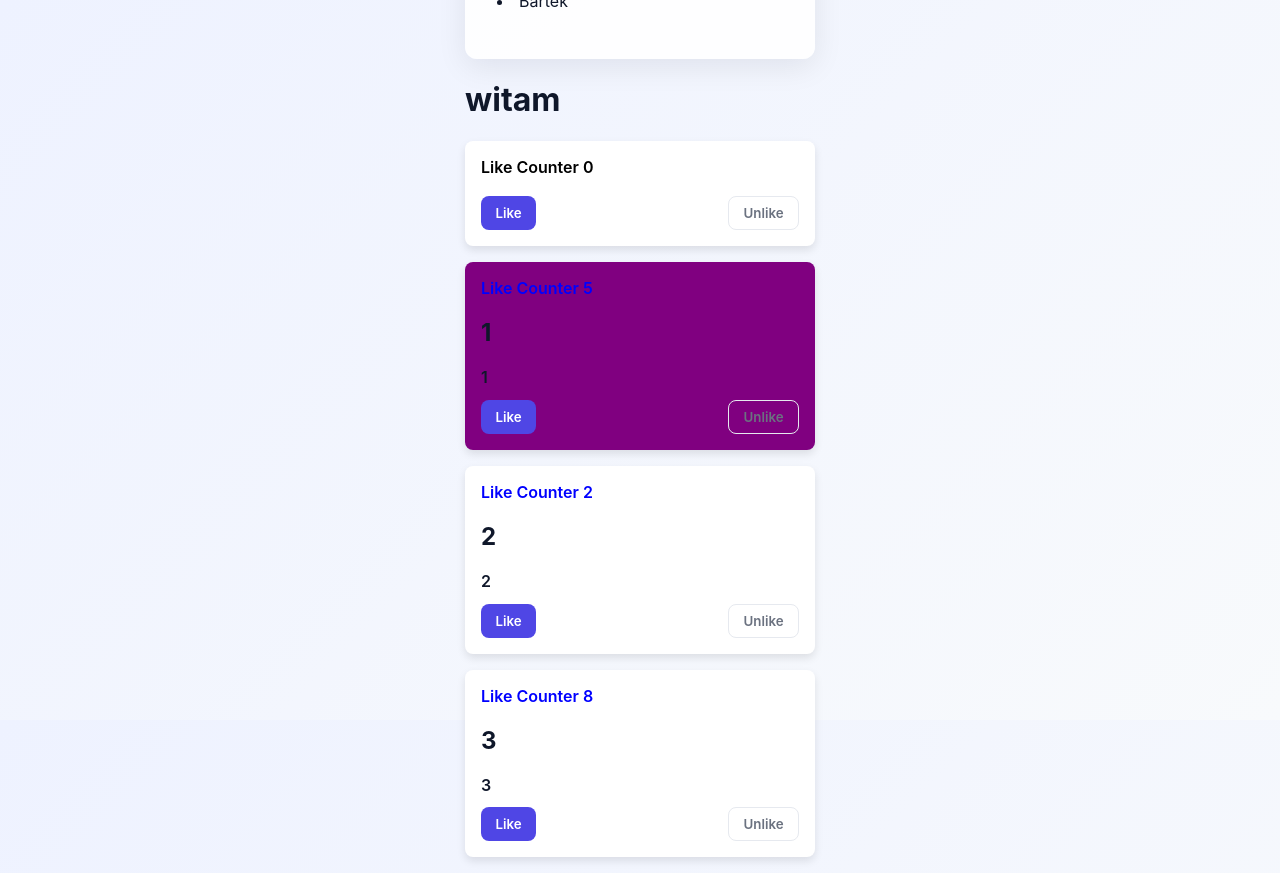
Repository: KrystianTrzy/reactapt
Page: /
These files come from the project's save history. The page is drawn as it stood at one moment and after a run of saves; the edit follows.
The browser window is 1280 px wide. The pictures show the whole page.
The project was rebuilt for these pictures with package versions that can differ from the ones it lists, and the page was loaded fresh each time.

Above is the page before, as saved 2025-11-22 09:42:47.

After the next 2 saves:
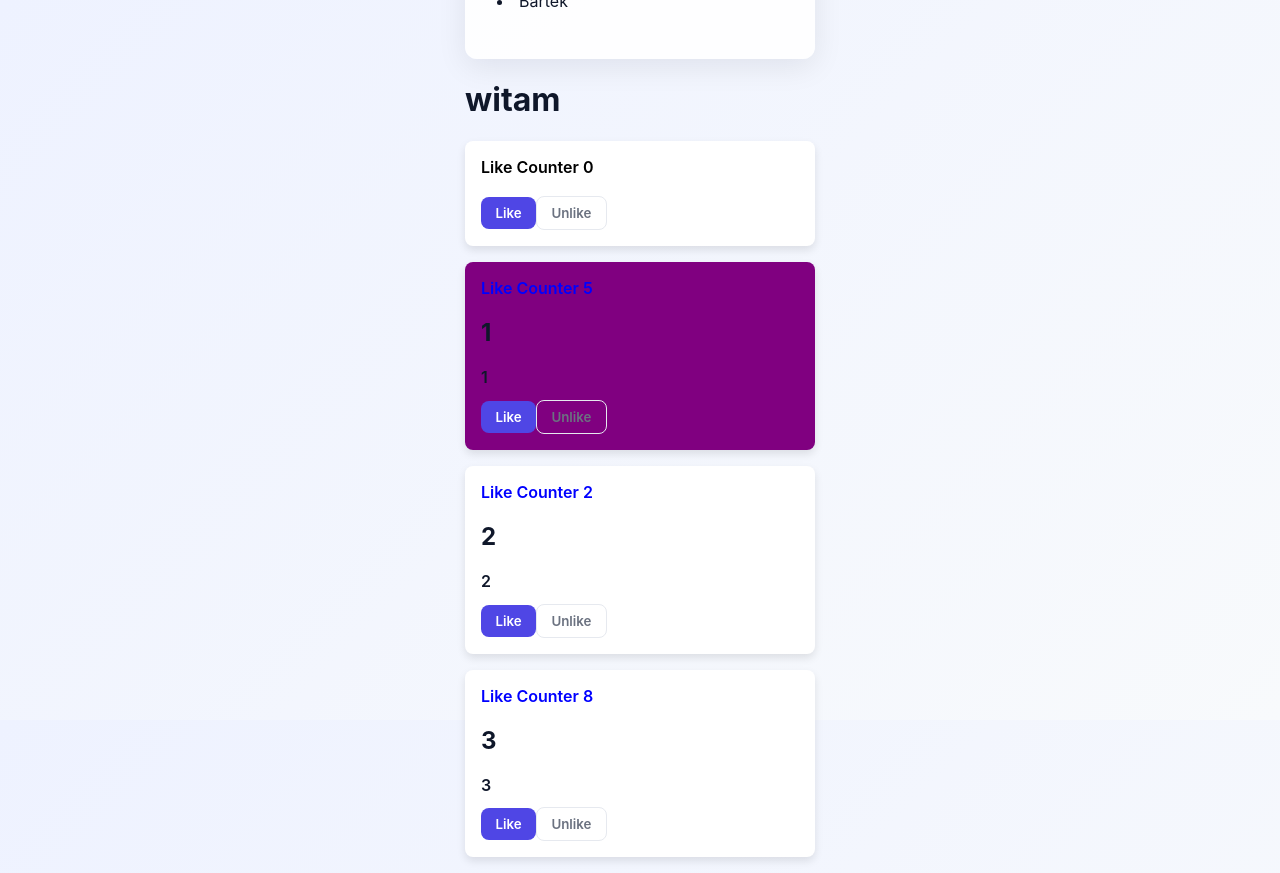
The 2 saves are shown as one change because they came seconds apart.
The last was saved 12 s later.
--- a/src/components/App/LikeCounter/LikeCounter.css
+++ b/src/components/App/LikeCounter/LikeCounter.css
@@ -6,9 +6,10 @@
     background: var(--card);
     margin: 1rem auto;
     color: #0f172a;
+
 }
 
-
+ jak zrobić jedno po drugim
 .actions {
     display: flex;
     flex-direction: row;

After the save that followed:
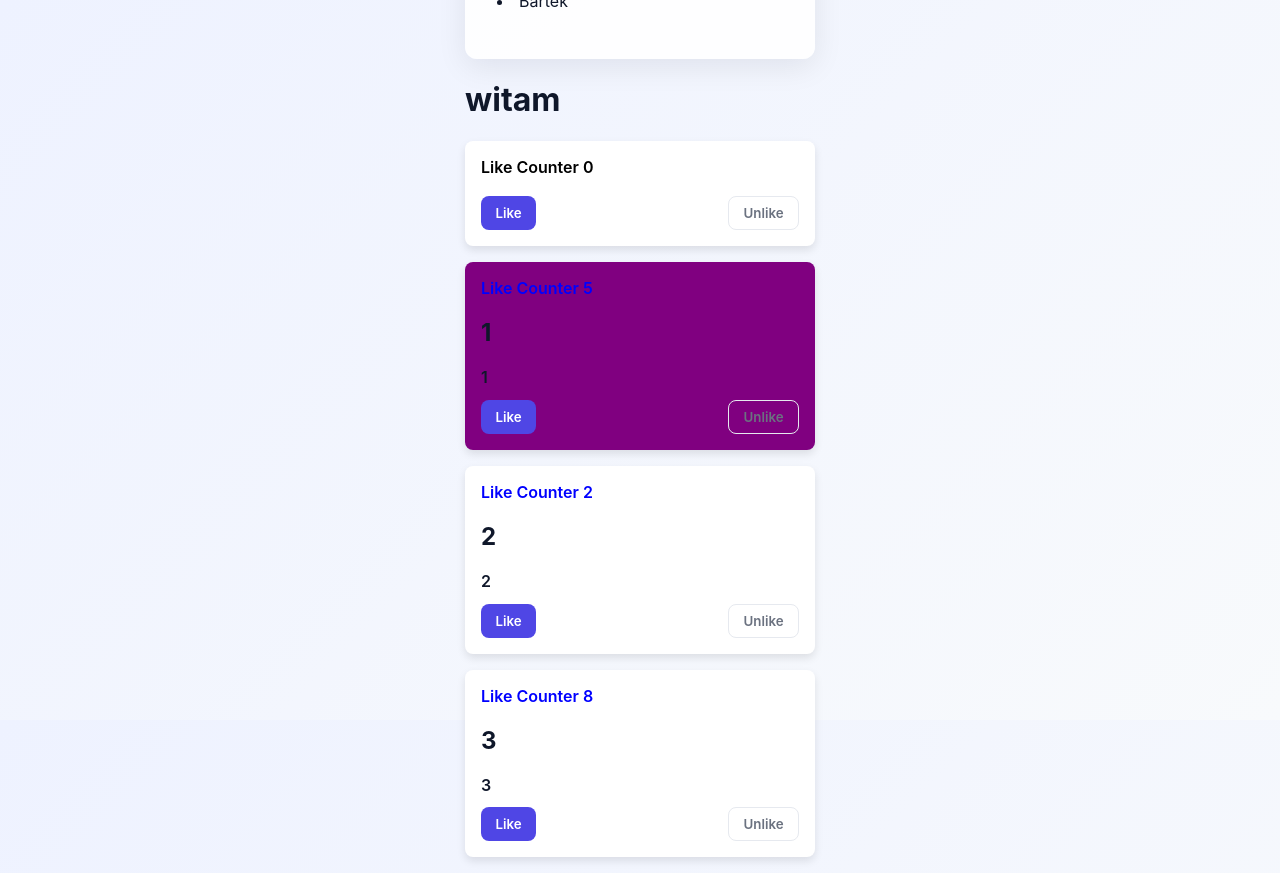
Saved 4 s later.
--- a/src/components/App/LikeCounter/LikeCounter.css
+++ b/src/components/App/LikeCounter/LikeCounter.css
@@ -9,7 +9,7 @@
 
 }
 
- jak zrobić jedno po drugim
+
 .actions {
     display: flex;
     flex-direction: row;
